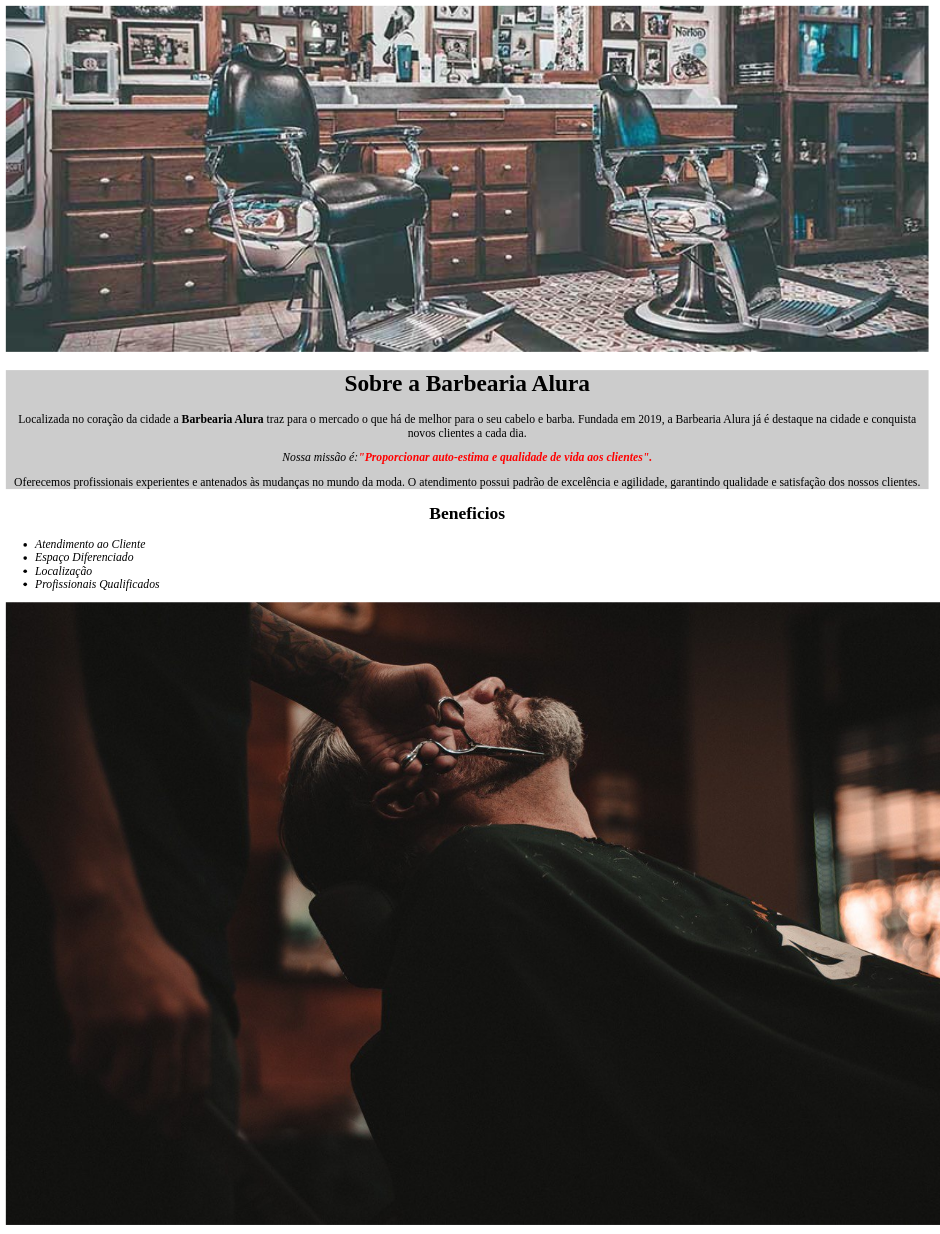
Repository: AnaBerlanda/AulaAlura
Page: index.html
The author's editor kept a copy of each file at every save. The page is drawn from the files as they stood at one save, then again after the next save.
The browser window is 1280 px wide. The page is 1288 px wide, then 1280 px, so the pictures cover 1288 px, including what lies to the right of the window. The pictures show the whole page, at 73% of full size.

Above is the page before, as saved 2022-04-08 15:00:06.

After the next save:
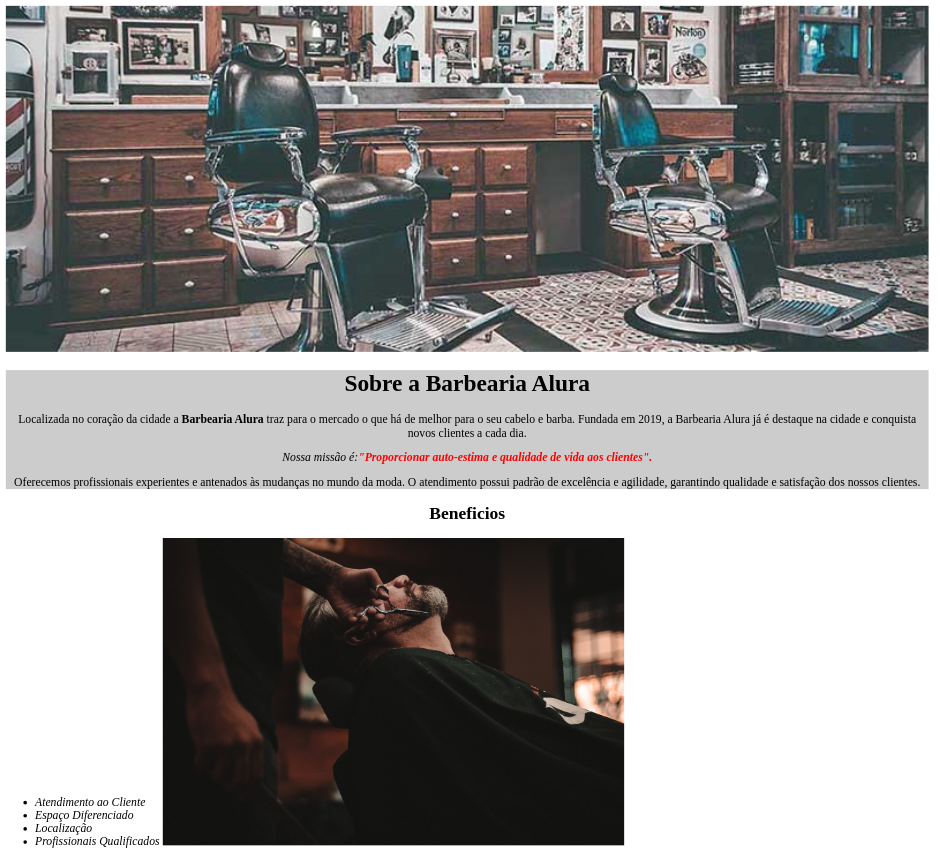
Saved 3 min 18 s later.
--- a/index.css
+++ b/index.css
@@ -24,3 +24,9 @@ h1{
 h2{
     text-align: center;
 }
+ul{
+    display: inline-block;
+}
+.imgbeneficios{
+    width: 50%;
+}
